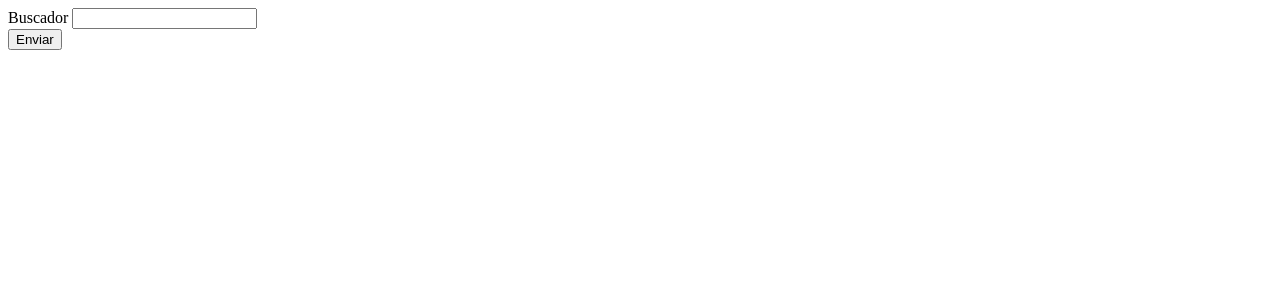
Repository: scgil/master-java
Page: Semana2/01-BuscadorTematica/src/main/webapp/buscador.html
The author's editor kept a copy of each file at every save. The page is drawn from the files as they stood at one save, then again after the next save.
The browser window is 1280 px wide. The pictures show the whole page.

Above is the page before, as saved 2024-12-13 14:50:16.

### Semana2/01-BuscadorTematica/src/main/webapp/buscador.html
<!DOCTYPE html>
<html>
<head>
<meta charset="UTF-8">
<title>Búsqueda</title>
</head>
<body>
    <form action="Servlet" method="post">
    	<label for="buscador">Buscador</label>
    		<input type="text" name="textoBusqueda"><br>
		<button  type="submit" id="enviar">Enviar</button>
    </form>
</body>
</html>

After the next save:
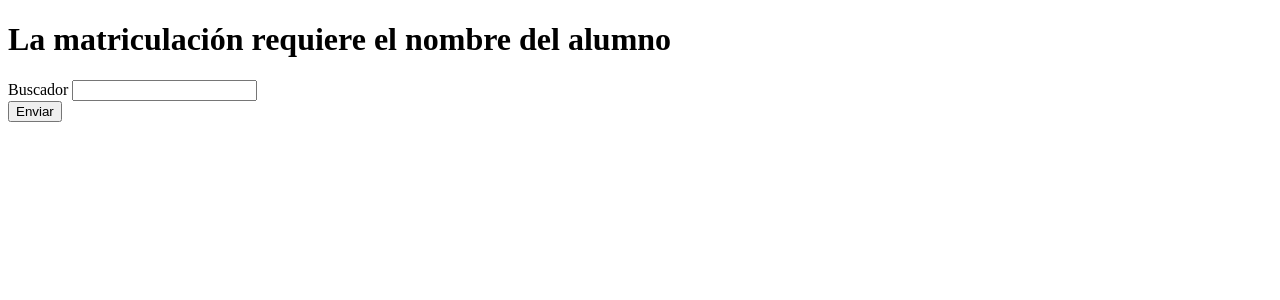
Saved 39 min 35 s later.
--- a/Semana2/01-BuscadorTematica/src/main/webapp/buscador.html
+++ b/Semana2/01-BuscadorTematica/src/main/webapp/buscador.html
@@ -5,6 +5,7 @@
 <title>Búsqueda</title>
 </head>
 <body>
+	<h1>La matriculación requiere el nombre del alumno</h1>
     <form action="Servlet" method="post">
     	<label for="buscador">Buscador</label>
     		<input type="text" name="textoBusqueda"><br>
